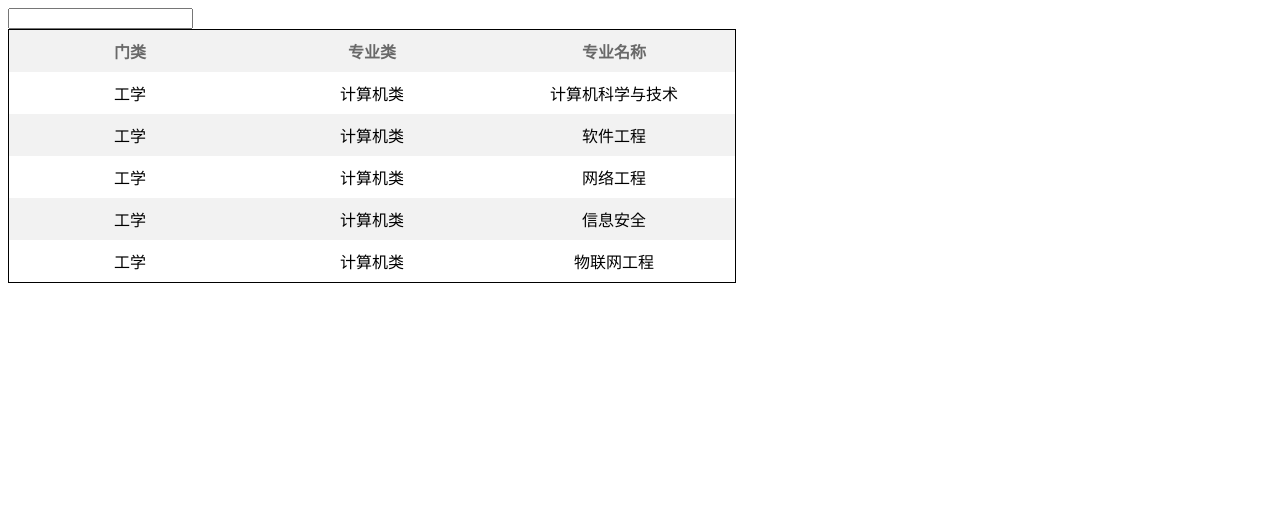
Repository: akaCSDN/test
Page: 2.1.1关注专业.html
The author's editor kept a copy of each file at every save. The page is drawn from the files as they stood at one save, then again after the next save.
The browser window is 1280 px wide. The pictures show the whole page.

Above is the page before, as saved 2022-12-03 22:41:41.

After the next save:
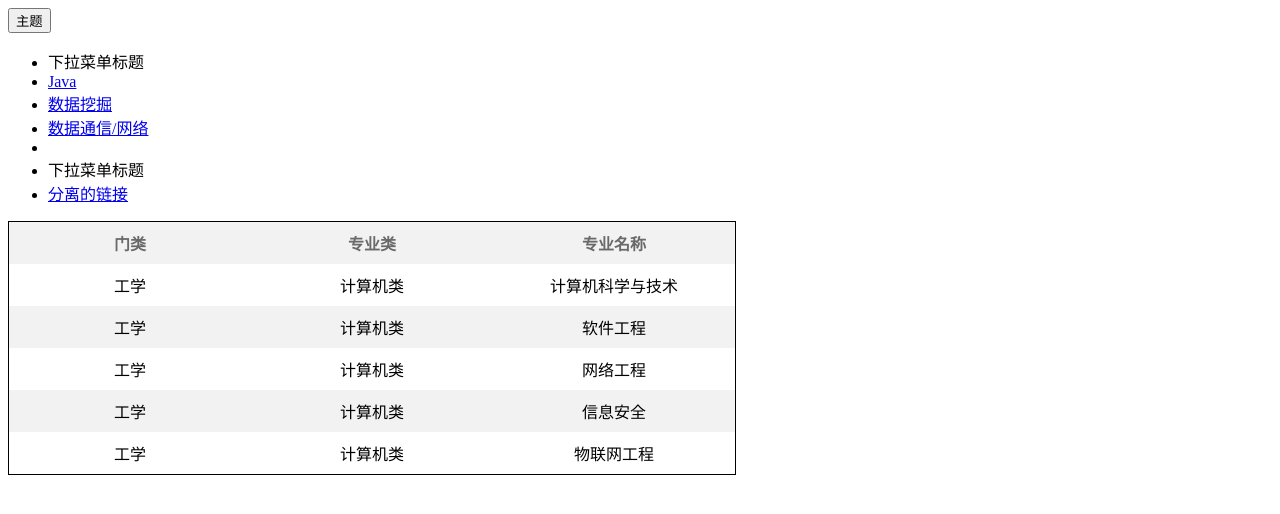
Saved 2 min 41 s later.
--- a/2.1.1关注专业.html
+++ b/2.1.1关注专业.html
@@ -23,9 +23,33 @@
     </style>
 </head>
 <body>
-    <form action="">
-        <input type="">
-    </form>
+    <div class="dropdown">
+        <button type="button" class="btn dropdown-toggle" id="dropdownMenu1"
+                data-toggle="dropdown">
+            主题
+            <span class="caret"></span>
+        </button>
+        <ul class="dropdown-menu" role="menu" aria-labelledby="dropdownMenu1">
+            <li role="presentation" class="dropdown-header">下拉菜单标题</li>
+            <li role="presentation" >
+                <a role="menuitem" tabindex="-1" href="#">Java</a>
+            </li>
+            <li role="presentation">
+                <a role="menuitem" tabindex="-1" href="#">数据挖掘</a>
+            </li>
+            <li role="presentation">
+                <a role="menuitem" tabindex="-1" href="#">
+                    数据通信/网络
+                </a>
+            </li>
+            <li role="presentation" class="divider"></li>
+            <li role="presentation" class="dropdown-header">下拉菜单标题</li>
+            <li role="presentation">
+                <a role="menuitem" tabindex="-1" href="#">分离的链接</a>
+            </li>
+        </ul>
+    </div>
+
     <table cellspacing="0" id="table_All">
         <tr style="color: rgb(105, 105, 105);">
             <th>门类</th>
